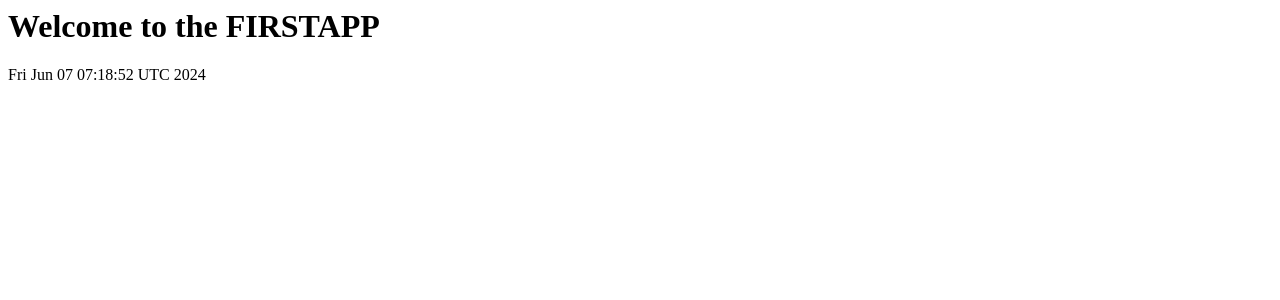
Repository: 83520-my-git-data/advjava
Page: http://localhost/firstapp/hello
An editor plug-in stored every save of this project. The page is shown before and after the next save, followed by the edit.
The browser window is 1280 px wide. The pictures show the whole page.
The page is served by Tomcat 9.

Above is the page before, as saved 2024-06-07 14:40:33.

After the next save:
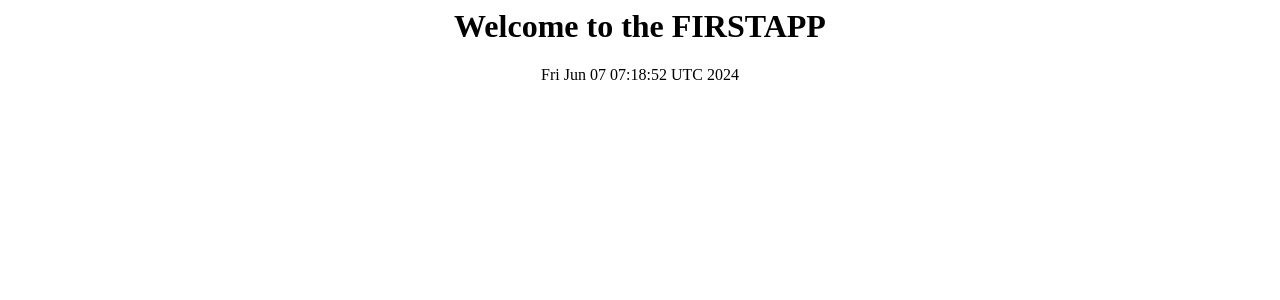
Saved 49 s later.
--- a/assignment01_classwork/day01/firstapp/src/main/java/com/sunbeam/HelloServlet.java
+++ b/assignment01_classwork/day01/firstapp/src/main/java/com/sunbeam/HelloServlet.java
@@ -55,7 +55,7 @@ public class HelloServlet extends HttpServlet {
 		out.println("<head>");
 		out.println("<title>Hello</title>");
 		out.println("</head>");
-		out.println("<body>");
+		out.println("<body align=center>");
 		out.println("<h1>Welcome to the FIRSTAPP</h1>");
 		Date now = new Date();
 		out.println(now.toString());
